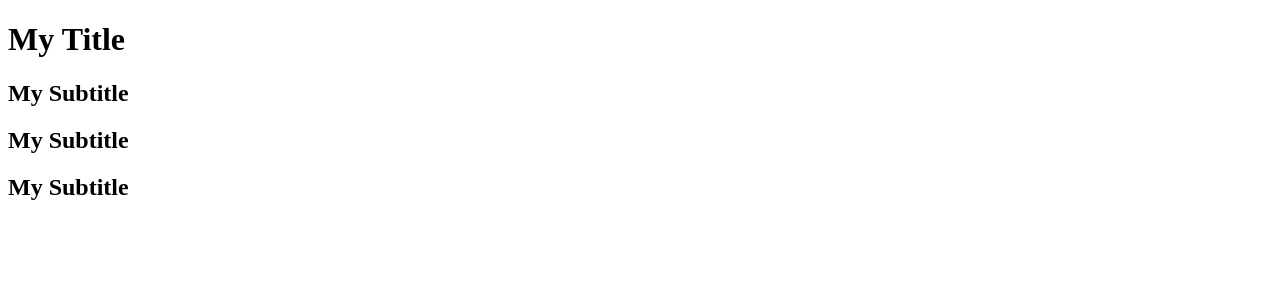
Repository: binhphanbp/WEB2064_JavaScript-Advanced_WD20305
Page: lesson/lesson3/lesson3.html
An editor plug-in stored every save of this project. The page is shown before and after the next save, followed by the edit.
The browser window is 1280 px wide. The pictures show the whole page.

Above is the page before, as saved 2025-09-19 11:10:55.
Console error: SyntaxError: Unexpected token 'const'

After the next save:
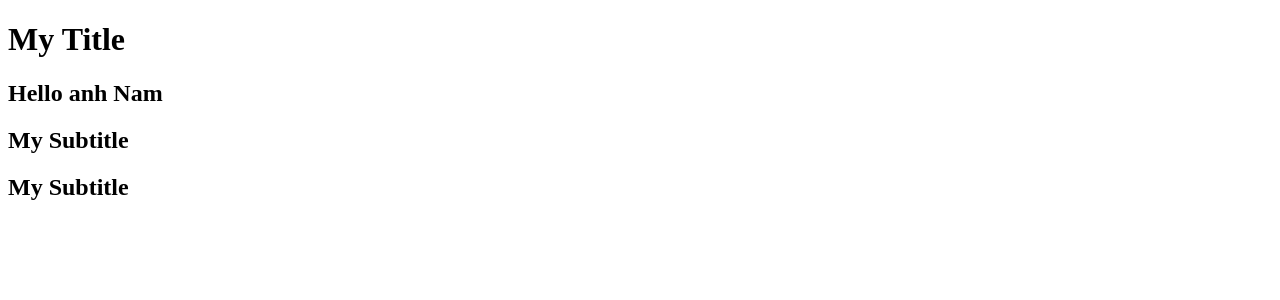
Console error: SyntaxError: Identifier 'h1' has already been declared
Saved 4 s later.
--- a/lesson/lesson3/lesson3.js
+++ b/lesson/lesson3/lesson3.js
@@ -15,6 +15,5 @@ h2[0].innerText = 'Hello anh Nam';
 
 //* getElementsByClassName trả về một HTMLCollection (gần giống như Array)
 const subtitle = document.getElementsByClassName('subtile');
-console.log(const subtitle = document.getElementsByClassName('subtile');
-); // HTMLCollection
+console.log(subtitle); // HTMLCollection
 //! Nếu truyền vào một tên class không có trên DOM -> trả về HTMLCollection rỗng
